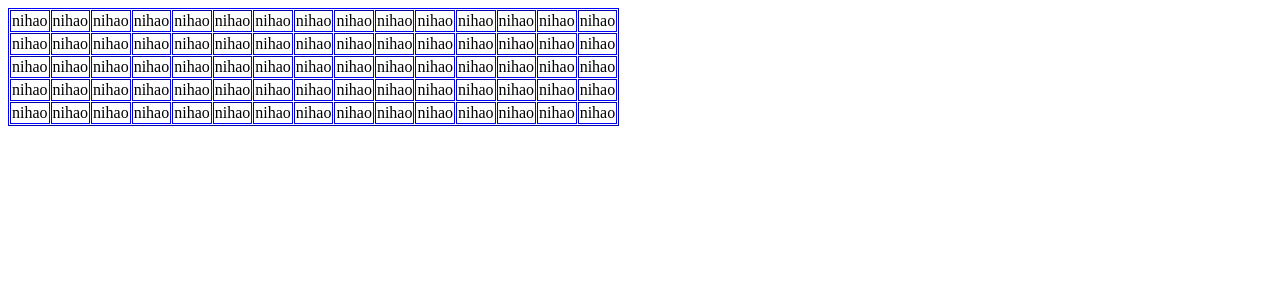
Repository: 728064001/MyProject
Page: http://localhost/CMS/test.jsp
These files come from the project's save history. The page is drawn as it stood at one moment and after the next save; the edit follows.
The browser window is 1280 px wide. The pictures show the whole page.
The page is served by Tomcat 9. Other server files are loaded and not shown.

Above is the page before, as saved 2013-08-05 10:02:04.

### cms-server-code/CMS/WebRoot/test.jsp
<%@ page language="java" import="java.util.*" pageEncoding="UTF-8"%>
<%
String path = request.getContextPath();
String basePath = request.getScheme()+"://"+request.getServerName()+":"+request.getServerPort()+path+"/";
%>

<!DOCTYPE HTML PUBLIC "-//W3C//DTD HTML 4.01 Transitional//EN">
<html>
  <head>
    <base href="<%=basePath%>">

    <title>jquery创建表格</title>

	<meta http-equiv="pragma" content="no-cache">
	<meta http-equiv="cache-control" content="no-cache">
	<meta http-equiv="expires" content="0">
	<meta http-equiv="keywords" content="keyword1,keyword2,keyword3">
	<meta http-equiv="description" content="This is my page">
	<!--
	<link rel="stylesheet" type="text/css" href="styles.css">
	-->
		<script type="text/javascript" src="js/jquery-1.10.1.js">	</script>
	</head>

	<body>
		<script type="text/javascript">
	$(function(){
			var dom_table = $("<table></table>");
			dom_table.attr("border","1px");
			dom_table.attr("cellspacing","1px");
			dom_table.attr("id","tab");
			dom_table.css("border-color","#0000FF","border-width","1px","border-style","ridge");
		    for (var j = 0; j < 5; j++) {
		        var dom_tr = $('<tr></tr>');
		        for (var i = 0; i < 15; i++) {
		            var dom_td = $("<td>nihao</td>");
		            dom_tr.append(dom_td);
		        }
		        dom_table.append(dom_tr);
		    }
		    $("#t").append(dom_table);
	});
		</script>
		<div id="t" ></div>
	</body>
</html>

Loaded but not shown: cms-server-code/CMS/WebRoot/js/jquery-1.10.1.js (library)

After the next save:
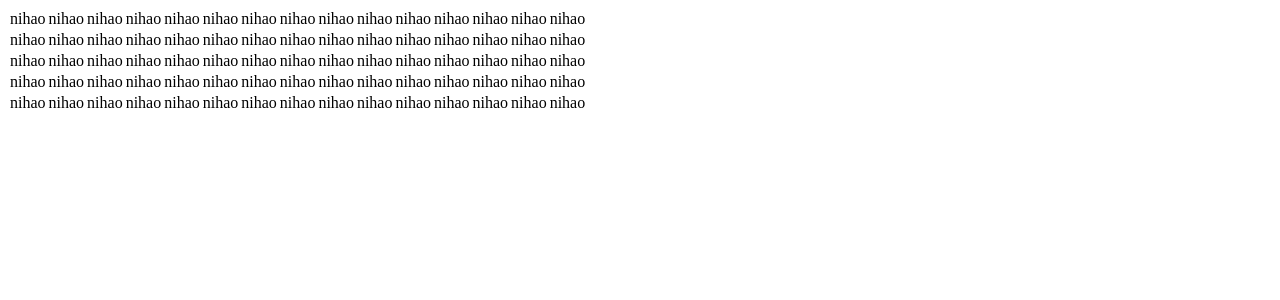
Saved 26 s later.
--- a/cms-server-code/CMS/WebRoot/test.jsp
+++ b/cms-server-code/CMS/WebRoot/test.jsp
@@ -26,7 +26,6 @@
 		<script type="text/javascript">
 	$(function(){
 			var dom_table = $("<table></table>");
-			dom_table.attr("border","1px");
 			dom_table.attr("cellspacing","1px");
 			dom_table.attr("id","tab");
 			dom_table.css("border-color","#0000FF","border-width","1px","border-style","ridge");

After the save that followed:
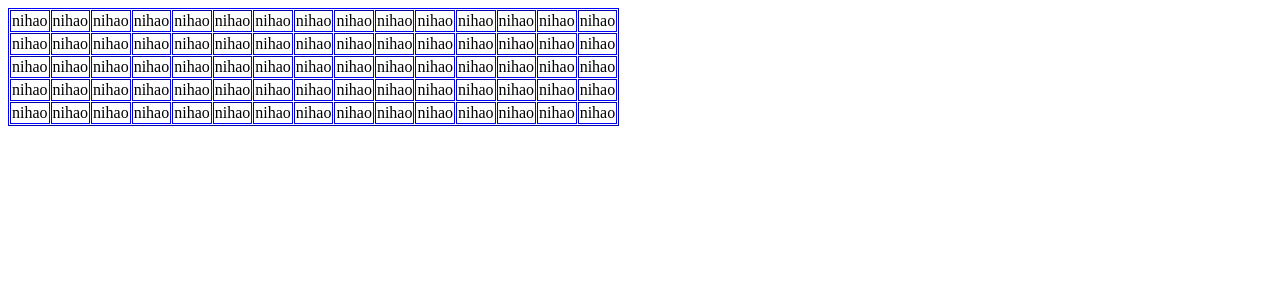
Saved 6 s later.
--- a/cms-server-code/CMS/WebRoot/test.jsp
+++ b/cms-server-code/CMS/WebRoot/test.jsp
@@ -26,6 +26,7 @@
 		<script type="text/javascript">
 	$(function(){
 			var dom_table = $("<table></table>");
+			dom_table.attr("border","1px");
 			dom_table.attr("cellspacing","1px");
 			dom_table.attr("id","tab");
 			dom_table.css("border-color","#0000FF","border-width","1px","border-style","ridge");
